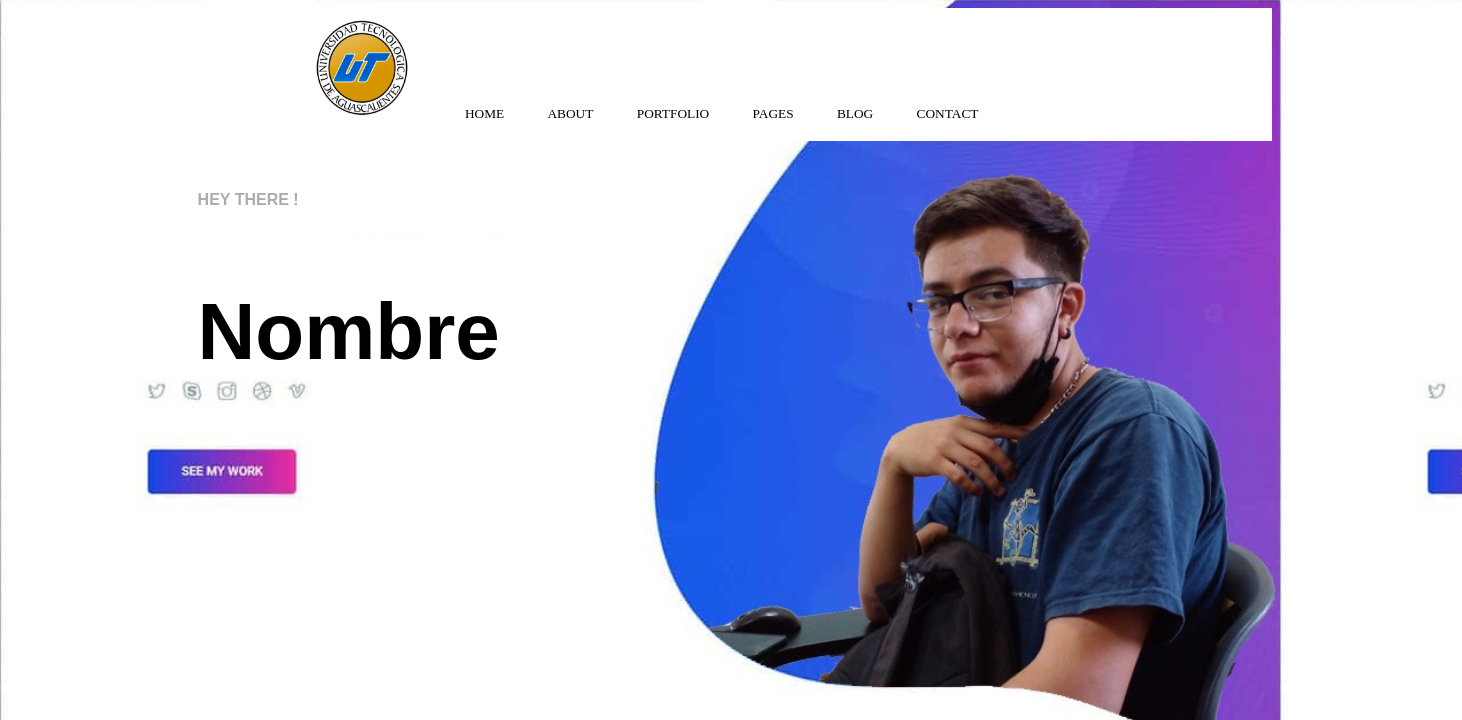
Repository: Armandoyerek11/proyectou1
Page: index.html
An editor plug-in stored every save of this project. The page is shown before and after the next save, followed by the edit.
The browser window is 1280 px wide. The page is 1462 px wide, so the pictures cover 1462 px, including what lies to the right of the window. The pictures show the whole page.

Above is the page before, as saved 2022-05-30 14:35:02.

### index.html
<!DOCTYPE html>
<html lang="en">

<head>
    <meta charset="UTF-8">
    <meta http-equiv="X-UA-Compatible" content="IE=edge">
    <meta name="viewport" content="width=device-width, initial-scale=1.0">
    <title>Proyecto U1</title>
    <link rel="stylesheet" href="style.css">
</head>

<body>
    <nav>
        <a><img src="logo.jpg" width="160" height="100"></li>
        </a>
        <a href="#" class="nav_bar">HOME</a>
        <a href="#" class="nav_bar">ABOUT</a>
        <a href="#" class="nav_bar">PORTFOLIO</a>
        <a href="#" class="nav_bar">PAGES</a>
        <a href="#" class="nav_bar">BLOG</a>
        <a href="#" class="nav_bar">CONTACT</a>
    </nav>
    <br>
    </br>
    <h1> HEY THERE !</h1>

    <h2>Nombre</h2>
</body>

</html>

### style.css
.nav_bar {
    display: inline-block;
    background: white;
    color: black;
    text-align: center;
    padding: 9px 20px;
    text-decoration: none;
}

nav {
    background: rgb(255, 255, 255);
    padding: 10px;
    text-align: center;
    font-style: sans-serif;
    font-size: smaller;
}

.nav_bar:hover {
    background: rgb(255, 251, 251);
    text-align: center;
}

h1 {
    color: #adacac;
    font-size: 1em;
    top: 50%;
    left: 80%;
    transform: translatex(15%) translatey(15%);
    font-family: Arial, Helvetica, sans-serif;
}

h2 {
    color: black;
    font-size: 5em;
    top: 50%;
    right: 10ch;
    transform: translatex(15%) translatey(15%);
    font-family: Arial, Helvetica, sans-serif;
}

body {
    background-image: url("/fondo.jpeg");
    background-size: cover;
}

After the next save:
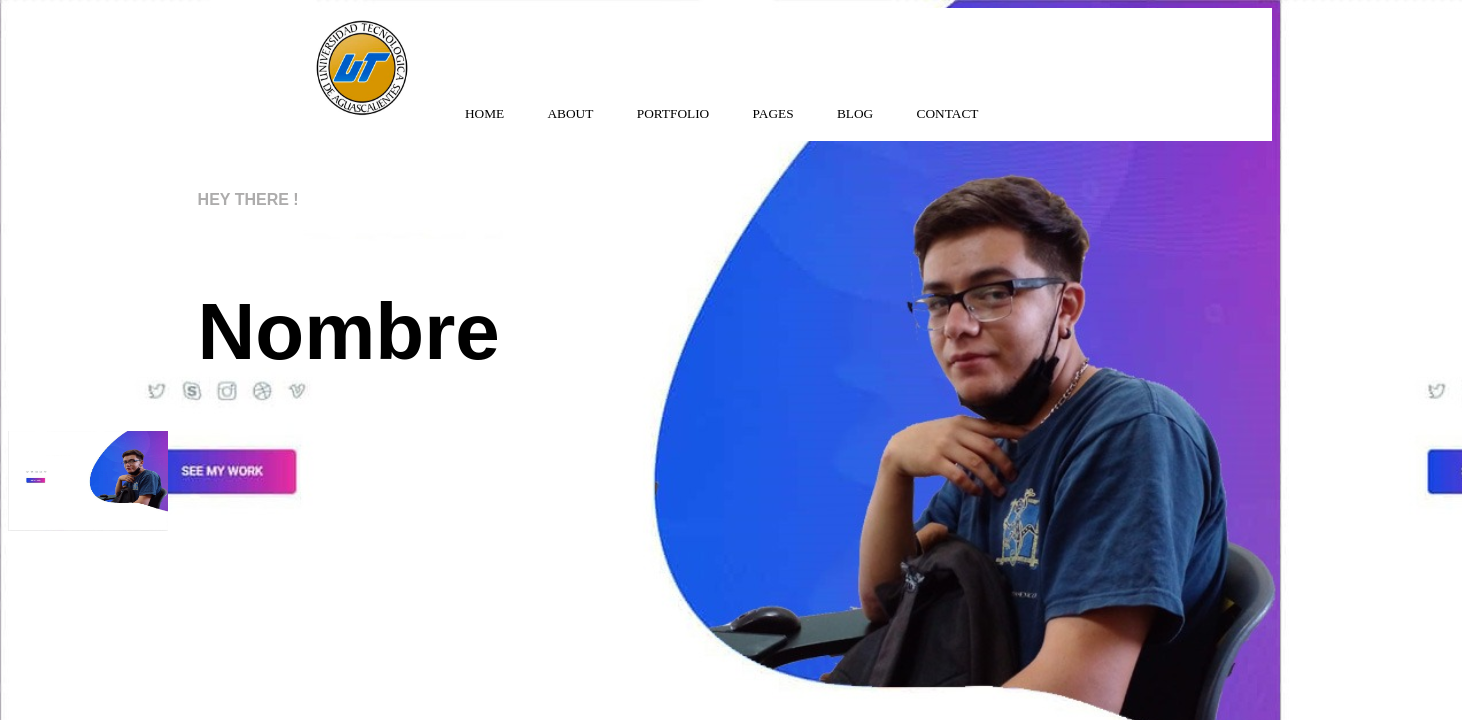
Saved 2 min 23 s later.
--- a/index.html
+++ b/index.html
@@ -25,6 +25,7 @@
     <h1> HEY THERE !</h1>
 
     <h2>Nombre</h2>
+    <a><img src="fondo.jpeg" width="160" height="100"></li>
 </body>
 
 </html>
